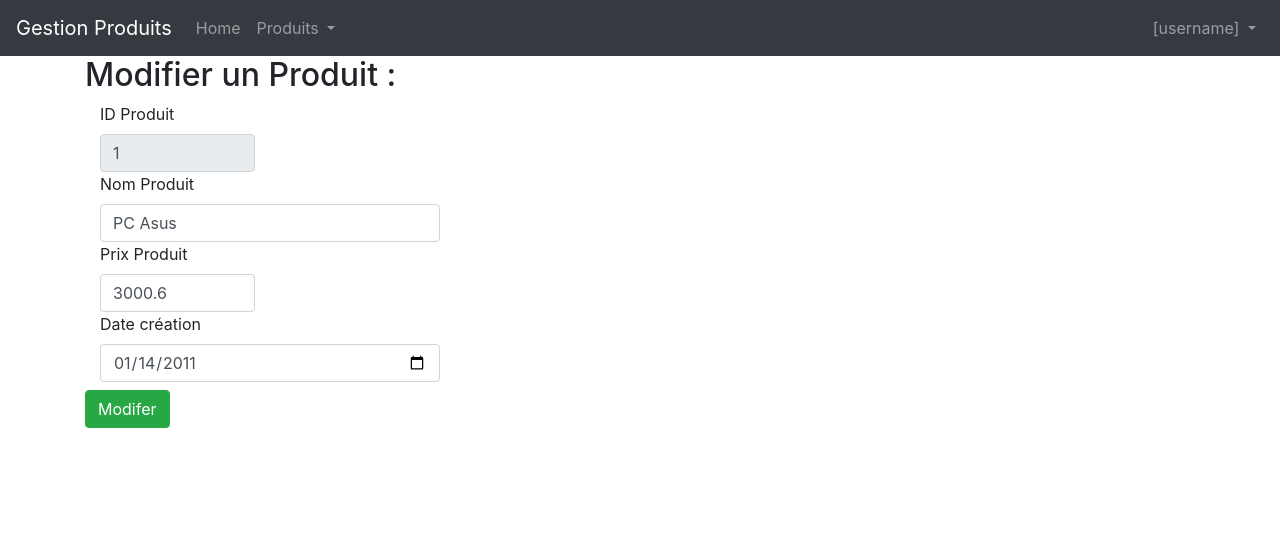
Repository: nadhemBelHadj/Angular_Atelier_Recherche
Page: /updateProduit/1
These files come from the project's save history. The page is drawn as it stood at one moment and after the next save; the edit follows.
The browser window is 1280 px wide. The pictures show the whole page.
The project was rebuilt for these pictures with package versions that can differ from the ones it lists, and the page was loaded fresh each time. Also part of the build but not shown: angular.json, src/app/produits/produits.component.ts, src/app/add-produit/add-produit.component.ts.

Above is the page before, as saved 2021-11-30 16:52:07.

### src/index.html
<!doctype html>
<html lang="en">
<head>
  <meta charset="utf-8">
  <title>MesProduits</title>
  <base href="/">

  <meta name="viewport" content="width=device-width, initial-scale=1">
  <link rel="icon" type="image/x-icon" href="favicon.ico">
</head>
<body>
  <app-root></app-root>
</body>
</html>

### src/app/app.module.ts
import { BrowserModule } from '@angular/platform-browser';
import { NgModule } from '@angular/core';
import { FormsModule } from '@angular/forms';
import { AppRoutingModule } from './app-routing.module';
import { AppComponent } from './app.component';
import { ProduitsComponent } from './produits/produits.component';
import { AddProduitComponent } from './add-produit/add-produit.component';
import { UpdateProduitComponent } from './update-produit/update-produit.component';

@NgModule({
  declarations: [
    AppComponent,
    ProduitsComponent,
    AddProduitComponent,
    UpdateProduitComponent
  ],
  imports: [
    BrowserModule,
    AppRoutingModule,
    FormsModule
  ],
  providers: [],
  bootstrap: [AppComponent]
})
export class AppModule { }

### src/app/app-routing.module.ts
import { NgModule } from '@angular/core';
import { Routes, RouterModule } from '@angular/router';
import { ProduitsComponent } from './produits/produits.component';
import { AddProduitComponent } from './add-produit/add-produit.component';
import { UpdateProduitComponent } from './update-produit/update-produit.component';

const routes: Routes = [
  {path: "produits", component : ProduitsComponent},
  {path: "add-produit", component : AddProduitComponent},
  {path: "updateProduit/:id",  component: UpdateProduitComponent},
  { path: "", redirectTo: "produits", pathMatch: "full" }
];

@NgModule({
  imports: [RouterModule.forRoot(routes)],
  exports: [RouterModule]
})
export class AppRoutingModule { }

### src/app/update-produit/update-produit.component.ts
import { Component, OnInit } from '@angular/core';
import { ActivatedRoute,Router } from '@angular/router';
import { ProduitService } from '../services/produit.service';
import { Produit } from '../model/produit.model';

@Component({
  selector: 'app-update-produit',
  templateUrl: './update-produit.component.html',
  styles: []
})
export class UpdateProduitComponent implements OnInit {
  currentProduit  = new Produit();

  constructor(private activatedRoute: ActivatedRoute,
              private router :Router,
              private produitService: ProduitService) {

              }

  ngOnInit() {

  // console.log(this.route.snapshot.params.id);
   this.currentProduit = this.produitService.consulterProduit(this.activatedRoute.snapshot.params.id);
   console.log(this.currentProduit);
  }

  updateProduit()
  { //console.log(this.currentProduit);
    this.produitService.updateProduit(this.currentProduit);
    this.router.navigate(['produits']);
   }

}

### src/app/app.component.html
<!DOCTYPE html>
<html >
<head>
<meta charset="utf-8">
<title>Gestion des Produits</title>
</head>
<body>
<nav class="navbar navbar-expand-sm bg-dark navbar-dark">
  <!-- Brand -->
  <a class="navbar-brand" href="#">Gestion Produits</a>

  <!-- Links -->
  <ul class="navbar-nav">
    <li class="nav-item">
      <a class="nav-link"   routerLink="/produits" >Home</a>
    </li>

    <!-- Dropdown -->
    <li class="nav-item dropdown">
      <a class="nav-link dropdown-toggle" href="#" id="navbardrop" data-toggle="dropdown">
        Produits
      </a>
      <div class="dropdown-menu">
        <a class="dropdown-item"  routerLink="/add-produit">Ajouter</a>
        <a class="dropdown-item"  href="#">Lister</a>
      </div>
    </li>
    </ul>

    <ul class="navbar-nav ml-auto" >
     <li class="nav-item dropdown">
      <a class="nav-link dropdown-toggle" href="#" id="navbardrop" data-toggle="dropdown">
      [username]
      </a>
      <div class="dropdown-menu">
        <a class="dropdown-item" href="#">login</a>
        <a class="dropdown-item" href="#">logout</a>
          <a class="dropdown-item" href="#">Profile</a>
      </div>
    </li>
  </ul>
</nav>
</body>
</html>

<router-outlet></router-outlet>

### src/app/services/produit.service.ts
import { Injectable } from '@angular/core';
import { Produit } from '../model/produit.model';
import { Observable, of } from 'rxjs';
import { Categorie } from '../model/categorie.model';

@Injectable({
  providedIn: 'root'
})
export class ProduitService {
  produits : Produit[]; //un tableau de Produit
  produit = new Produit();
  categorie = new Categorie();

  categories : Categorie[];
  constructor() {
    this.categories = [ {idCat : 1, nomCat : "PC"},
                        {idCat : 2, nomCat : "Imprimante"}];

    this.produits = [
      { idProduit : 1,  nomProduit : "PC Asus", prixProduit : 3000.600, dateCreation : new Date("01/14/2011"), categorie : {idCat : 1, nomCat : "PC"}},
      { idProduit : 2,  nomProduit : "Imprimante Epson", prixProduit : 450, dateCreation : new Date("12/17/2010"), categorie : {idCat : 2, nomCat : "Imprimante"}},
      { idProduit : 3,  nomProduit :"Tablette Samsung", prixProduit : 900.123, dateCreation : new Date("02/20/2020"),categorie : {idCat : 1, nomCat : "PC"}}
    ];
   }

    listeProduits():Produit[] {
      return this.produits;
    }

    listeCategories():Categorie[] {
      return this.categories;
    }

    ajouterProduit( prod: Produit){
      this.produits.push(prod);
    }

    supprimerProduit( prod: Produit){
     //supprimer le produit prod du tableau produits
      const index = this.produits.indexOf(prod, 0);
      if (index > -1) {
        this.produits.splice(index, 1);
      }

      //ou Bien
      /*  this.produits.forEach((cur, index) => {
         if(prod.idProduit === cur.idProduit) {
               this.produits.splice(index, 1);
            }
      }); */

    }

    consulterProduit(id:number): Produit{
     this.produit =  this.produits.find(p => p.idProduit == id);
       return this.produit;
    }


    trierProduits(){
      this.produits = this.produits.sort((n1,n2) => {
        if (n1.idProduit > n2.idProduit) {
            return 1;
        }

        if (n1.idProduit < n2.idProduit) {
            return -1;
        }

        return 0;
    });
    }

    updateProduit(p:Produit)
    {
     // console.log(p);
      this.supprimerProduit(p);
      this.ajouterProduit(p);
      this.trierProduits();
    }


    consulterCategorie(id:number): Categorie{
      this.categorie =  this.categories.find(cat => cat.idCat  == id);
        return this.categorie;
     }


}

### src/app/model/produit.model.ts
import { Categorie } from './categorie.model';

export class Produit {
    idProduit : number;
    nomProduit : string;
    prixProduit : number;
    dateCreation : Date;
    categorie : Categorie
}

### src/app/update-produit/update-produit.component.html
<div class="container">
     <div>
       <h2>Modifier un Produit :</h2>
     </div>
          <form >
              <div  class="col-sm-2 col-md-2 col-lg-2">
                <label >ID  Produit</label>
                <input readonly  type="text"  [(ngModel)]="currentProduit.idProduit"
                    name="idProduit" class="form-control">
               </div>

              <div class="col-sm-4 col-md-4 col-lg-4" >
                <label >Nom Produit</label>
                <input  type="text"[(ngModel)]= "currentProduit.nomProduit"
                    name="nomProduit" class="form-control">
              </div>

              <div class="col-sm-2 col-md-2 col-lg-2">
                <label >Prix Produit</label>
                <input type="number"   [(ngModel)]= "currentProduit.prixProduit"
                    name="prixProduit" class="form-control">
              </div>

              <div class="col-sm-4 col-md-4 col-lg-4">
                  <label >Date création</label>
                  <input  type="date"  [ngModel]="currentProduit.dateCreation | date: 'yyyy-MM-dd'"
                  (ngModelChange)=" currentProduit.dateCreation= $event"   name="dateCreation" class="form-control">
              </div>

               <div class="mt-2">
                  <button type="submit"  (click)="updateProduit()"  class="btn btn-success">Modifer</button>
               </div>
          </form>
</div>

### src/app/model/categorie.model.ts
export class Categorie {
    idCat : number;
    nomCat : string;
}

Loaded but not shown: src/styles.css (common file); src/main.ts (common file); src/environments/environment.ts (common file); src/app/app.component.ts (common file); src/app/app.component.css (no stored copy; drawn as an empty file)

After the next save:
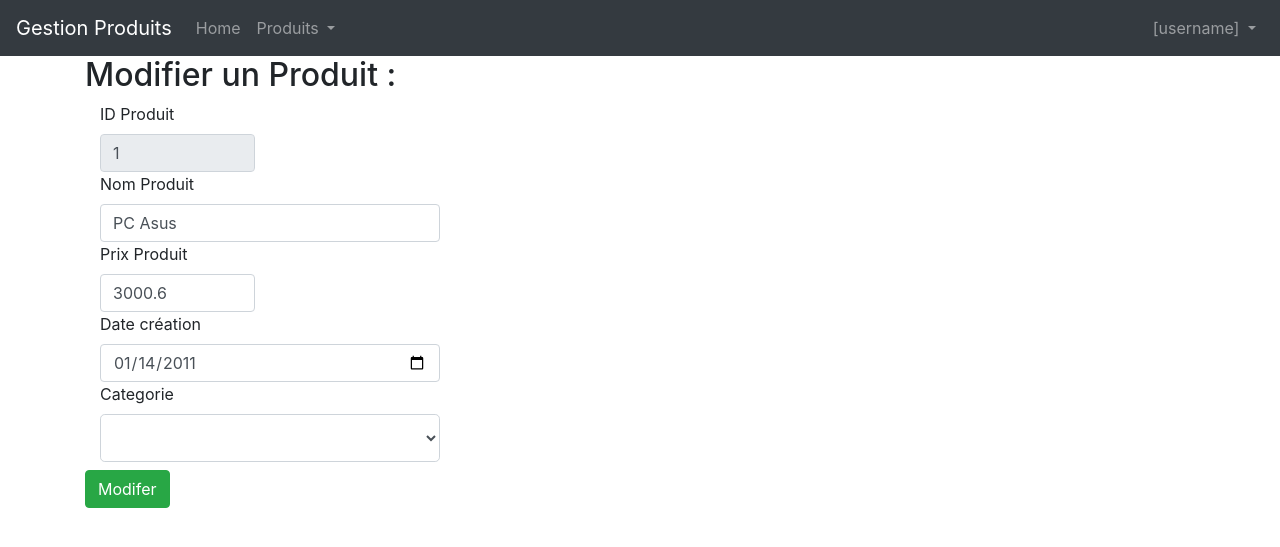
Saved 2 days later.
--- a/src/app/update-produit/update-produit.component.html
+++ b/src/app/update-produit/update-produit.component.html
@@ -27,6 +27,16 @@
                   (ngModelChange)=" currentProduit.dateCreation= $event"   name="dateCreation" class="form-control">
               </div>
 
+               <div class="col-sm-4 col-md-4 col-lg-4">
+                    <label>Categorie</label>
+
+                      <select class="form-control form-control-lg" id="idCat" name="idCat" [(ngModel)]="newIdCat">
+                        <option *ngFor="let cat of categories" [value]="cat.idCat" >
+                              {{cat.nomCat}}
+                        </option>
+                    </select>
+              </div>
+
                <div class="mt-2">
                   <button type="submit"  (click)="updateProduit()"  class="btn btn-success">Modifer</button>
                </div>
